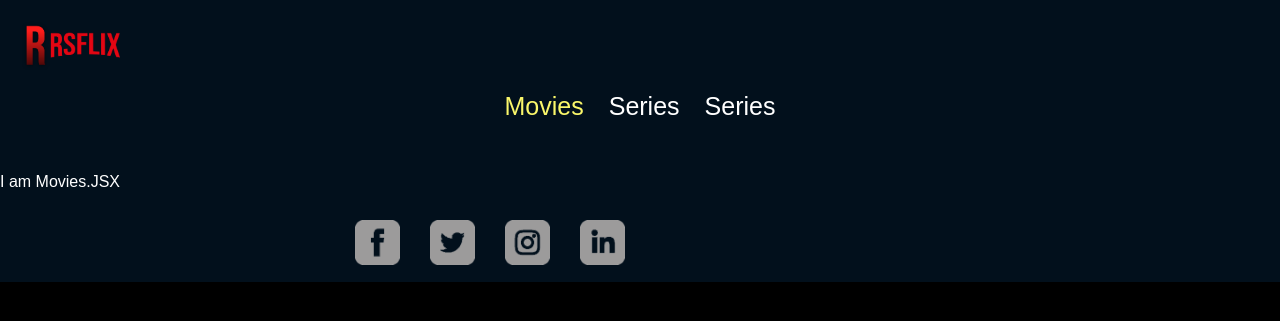
Repository: ronnysalas459/final_project_react
Page: /
The author's editor kept a copy of each file at every save. The page is drawn from the files as they stood at one save, then again after the next save.
The browser window is 1280 px wide. The pictures show the whole page.
The project was rebuilt for these pictures with package versions that can differ from the ones it lists, and the page was loaded fresh each time. Also part of the build but not shown: src/containers/Favorites.jsx.

Above is the page before, as saved 2021-09-28 20:15:30.

### src/index.jsx
import React from "react";
import ReactDOM from "react-dom";
import { Provider } from "react-redux";
import { compose } from "redux";
import { createStore, applyMiddleware } from "redux";
import logger from "redux-logger";
import reducer from "./reducers";
import App from "./routes/App";

const initialState = {
  favoriteMovies: [],
  sectionActive: "Movies",
};

const composeEnhancers = window.__REDUX_DEVTOOLS_EXTENSION_COMPOSE__ || compose;

//store

const store = createStore(
  reducer,
  initialState,
  composeEnhancers(applyMiddleware(logger))
);

ReactDOM.render(
  <Provider store = { store }>
    <App />
  </Provider>,
  document.getElementById("root")
);

### src/reducers/index.js
const reducer = (state, action) => {
  switch (action.type) {
    case "SET_FAVORITE":
      return {
        ...state,
        favoriteMovies: [...state.favoriteMovies, action.payload],
      };
    case "DELETE_FAVORITE":
      return {
        ...state,
        favoriteMovies: state.favoriteMovies.filter(
          (items) => items.data.id !== action.payload
        ),
      };
    case "SET_SECTION":
      return {
        ...state,
        sectionActive: action.payload,
      };
    default:
      return state;
  }
};

export default reducer;

### src/routes/App.jsx
import React from "react";
import { BrowserRouter, Switch, Route } from "react-router-dom";
import "../assets/styles/App.scss";
import Movies from "../containers/Movies";
import Favorites from "../containers/Favorites";
import Layout from "../components/Layout";

const App = () => (
  <BrowserRouter>
    <Layout>
      <Switch>
        <Route exact path="/favorites" component={Favorites} />
        <Route exact path="/" component={Movies} />
      </Switch>
    </Layout>
  </BrowserRouter>
);
export default App;

### src/assets/styles/App.scss
@import './Vars.scss';

@mixin colCenCen {
  display: flex;
  flex-direction: column;
  padding: 20px;
}

@mixin flexBetCen {
  display: flex;
  justify-content: space-between;
  align-items: center;
}

@mixin flexCenCen {
  display: flex;
  justify-content: center;
  align-items: center;
}

@mixin flexStaSta {
  display: flex;
  justify-content: flex-start;
  align-items: flex-start;
}

* {
  box-sizing: border-box;
}

a:link,
a:visited {
  color: inherit;
  text-decoration: none;
}

body {
  margin: 0;
  background-color: $dark-color;
  color: $light-color;
  font-family: $text-font;
}

h1,
h2,
h3,
h3,
h4,
h5,
h6 {
  color: $primary-color;
  font-family: $title-font;
}

figure {
  margin: 0;
  padding: 0;
}

section {
  min-height: calc(100vh - 300px);
}

### src/containers/Movies.jsx
import React from 'react'

const Movies = () => (
    <p>
        I am Movies.JSX
    </p>
)

export default Movies

### src/components/Layout.jsx
import React from 'react'
import "../assets/styles/components/Layout.scss";
import Footer from "./Footer";
import Header from "./Header";

const Layout = ({ children }) => (
    <div className="layout">
        <Header />
        { children }
        <Footer />
    </div>

);

export default Layout

### src/assets/styles/Vars.scss
@import '../fonts/style.scss';

//Fonts
$title-font: 'Netflix Sans Regular', 'Netflix Sans Bold';
$text-font: 'Source Sans Pro', sans-serif;

//Colors
$primary-color: #65fafb;
$secondary-color: #62c241;
$success-color: #faf76a;
$dark-color: #000000;
$light-color: #ffffff;
$danger-color: #fc859e;

### src/assets/fonts/style.scss
/* #### Generated By: http://www.cufonfonts.com #### */

    @font-face {
    font-family: 'Netflix Sans Regular';
    font-style: normal;
    font-weight: normal;
    src: local('Netflix Sans Regular'), url('NetflixSansRegular.woff') format('woff');
    }


    @font-face {
    font-family: 'Netflix Sans Icon';
    font-style: normal;
    font-weight: normal;
    src: local('Netflix Sans Icon'), url('NetflixSansIcon.woff') format('woff');
    }


    @font-face {
    font-family: 'Netflix Sans Thin';
    font-style: normal;
    font-weight: normal;
    src: local('Netflix Sans Thin'), url('NetflixSansThin.woff') format('woff');
    }


    @font-face {
    font-family: 'Netflix Sans Light';
    font-style: normal;
    font-weight: normal;
    src: local('Netflix Sans Light'), url('NetflixSansLight.woff') format('woff');
    }


    @font-face {
    font-family: 'Netflix Sans Medium';
    font-style: normal;
    font-weight: normal;
    src: local('Netflix Sans Medium'), url('NetflixSansMedium.woff') format('woff');
    }


    @font-face {
    font-family: 'Netflix Sans Bold';
    font-style: normal;
    font-weight: normal;
    src: local('Netflix Sans Bold'), url('NetflixSansBold.woff') format('woff');
    }


    @font-face {
    font-family: 'Netflix Sans Black';
    font-style: normal;
    font-weight: normal;
    src: local('Netflix Sans Black'), url('NetflixSansBlack.woff') format('woff');
    }

### src/assets/styles/components/Layout.scss
@import "../App.scss";

.layout {
  background: #000
    url(../../static/images/background.png) repeat top
    center;
  z-index: 0;
}

### src/components/Footer.jsx
import React from "react";
import logoFacebook from "../assets/static/icons/facebook.png";
import logoTwitter  from "../assets/static/icons/twitter.png";
import logoInstagram  from "../assets/static/icons/instagram.png";
import logoLinkedin  from "../assets/static/icons/linkedin.png";
import "../assets/styles/components/Footer.scss";

const Footer = () => (
  <footer className="footer">
    <div className="footer__made">
      <a
        className="option"
        href="https://www.facebook.com/ronny.salas.7"
        rel="noopener noreferrer"
        target="_blank"
      >
         <img src={logoFacebook} alt="logo" width="45" height="45"></img>
      </a>
      <a
        className="option"
        href="https://twitter.com/RonnySalas"
        rel="noopener noreferrer"
        target="_blank"
      >
        <img src={logoTwitter} alt="logo" width="45" height="45"></img>
      </a>
      <a
        className="option"
        href="https://www.instagram.com/rsalas459/?hl=es"
        rel="noopener noreferrer"
        target="_blank"
      >
        <img src={logoInstagram} alt="logo" width="45" height="45"></img>
      </a>
      <a
        className="option"
        href="https://www.linkedin.com/in/ronny-salas-2525ab13a"
        rel="noopener noreferrer"
        target="_blank"
      >
        <img src={logoLinkedin} alt="logo" width="45" height="45"></img>
      </a>
    </div>
  </footer>
);

export default Footer;

### src/components/Header.jsx
import React from "react";
import { Link } from "react-router-dom";
import { useSelector, useDispatch } from "react-redux";
import { setSection } from "../actions";
import "../assets/styles/components/Header.scss";
import Logo from "../assets/static/images/logo.png";

const Header = () => {
  const sectionActive = useSelector((state) => state.sectionActive);
  const dispatch = useDispatch();

  const handleSetSection = (section) => {
    dispatch(setSection(section));
  };
  return (
    <header className="header">
      <figure className="header__logo">
        <img className="header__logo-img" src={Logo} alt="Netflix" />
      </figure>
      <nav className="header__nav">
        <ul className="header__nav__options">
          <li
            onclick={() => handleSetSection("Movies")}
            className={`header__nav__options-item ${
              sectionActive === "Movies" ? "active" : ""
            }`}
          >
            <Link to="/">Movies</Link>
          </li>
          <li
            onClick={() => handleSetSection("Favorites")}
            className={`header__nav__options-item ${
              sectionActive === "Favorites" ? "active" : ""
            }`}
          >
            <Link to="/favorites">Series</Link>
                  </li>
                  <li
            onClick={() => handleSetSection("Favorites")}
            className={`header__nav__options-item ${
              sectionActive === "Favorites" ? "active" : ""
            }`}
          >
            <Link to="/favorites">Series</Link>
          </li>
        </ul>
      </nav>
    </header>
  );
};

export default Header;

### src/assets/styles/components/Footer.scss
@import '../App.scss';

.footer {
  @include flexBetCen;
  margin: 0 20px;
  height: 75px;
}

.footer__made {
  @include flexStaSta;
  width: 50%;
  height: 100%;
  display: flex;
  align-items: center;
  justify-content: flex-end;

  .option {
    padding: 10px 15px;
    cursor: pointer;
  }
}

.logo {
  display:flex;
  cursor: pointer;
  width: 45px;
  height: 45px;
  position: relative;
  top: -25px;
  left: 245px;
}

.logo-img {
  color: #00a9e6;

}

.footer__location {
  span {
    color: #14b600;
  }
}

### src/actions/index.js
export const setFavorite = (payload) => ({
  type: "SET_FAVORITE",
  payload,
});

export const deleteFavorite = (payload) => ({
  type: "DELETE_FAVORITE",
  payload,
});

export const setSection = (payload) => ({
  type: "SET_SECTION",
  payload,
});

### src/assets/styles/components/Header.scss
@import '../App.scss';

.header {
  @include colCenCen;
}

.header__logo-img {
  width: 100px;
  height: auto;
}

.header__nav__options {
  @include flexCenCen;
  padding: 0;
}

.header__nav__options-item {
  margin-right: 25px;
  font-size: 25px;
  list-style-type: none;
}

.header__nav__options-item.active {
  color: $success-color
}

.header__nav__options-item:last-child {
  margin-right: 0;
}

.header__nav__options-item:hover {
  cursor: pointer;
  color: $success-color;
}

Loaded but not shown: public/index.html (common file)

After the next save:
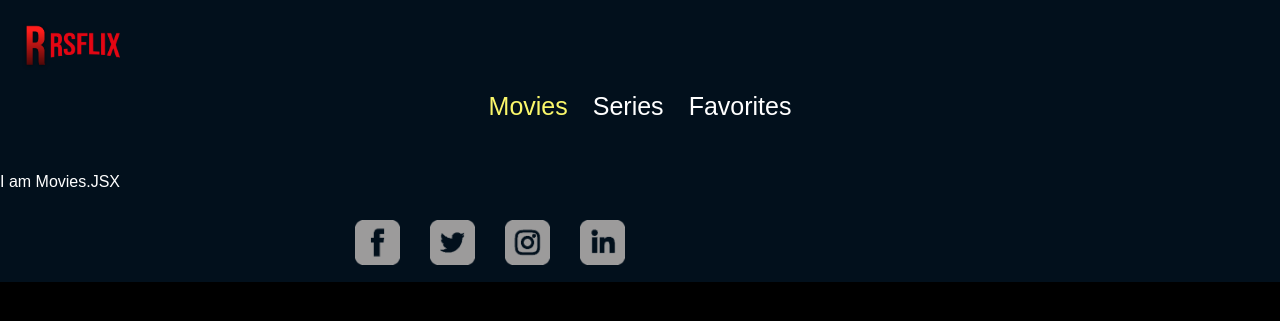
Saved 17 s later.
--- a/src/components/Header.jsx
+++ b/src/components/Header.jsx
@@ -33,7 +33,7 @@ const Header = () => {
               sectionActive === "Favorites" ? "active" : ""
             }`}
           >
-            <Link to="/favorites">Series</Link>
+            <Link to="/series">Series</Link>
                   </li>
                   <li
             onClick={() => handleSetSection("Favorites")}
@@ -41,7 +41,7 @@ const Header = () => {
               sectionActive === "Favorites" ? "active" : ""
             }`}
           >
-            <Link to="/favorites">Series</Link>
+            <Link to="/favorites">Favorites</Link>
           </li>
         </ul>
       </nav>
